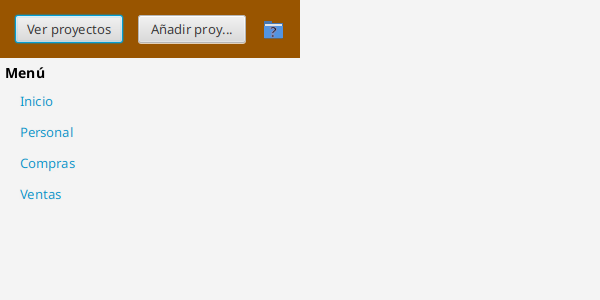
Repository: anxoportela/PROG
Program's window: java Java_Interfaz/ProyectoJavaFX/src/com/acarballeira/javaFX/ejemplo8/App.java
The author's editor kept a copy of each file at every save. The program's window is drawn from the files as they stood at one save, then again after a run of saves.
It runs on Java 21 on a 1366 x 768 screen with JavaFX 11; the title bar is not drawn. It also reads Java_Interfaz/ProyectoJavaFX/src/com/acarballeira/javaFX/recursos/icona_cartafol.

Above is the program's window before, as saved 2020-03-05 20:34:31.

After the next 2 saves:
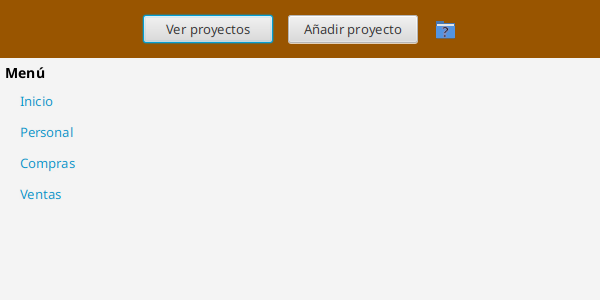
The 2 saves are shown as one change because 1 did not build or start.
The last was saved 4 min 7 s later.
--- a/Java_Interfaz/ProyectoJavaFX/src/com/acarballeira/javaFX/ejemplo8/App.java
+++ b/Java_Interfaz/ProyectoJavaFX/src/com/acarballeira/javaFX/ejemplo8/App.java
@@ -11,6 +11,7 @@
 import javafx.scene.image.Image;
 import javafx.scene.image.ImageView;
 import javafx.scene.layout.BorderPane;
+import javafx.scene.layout.GridPane;
 import javafx.scene.layout.HBox;
 import javafx.scene.layout.Pane;
 import javafx.scene.layout.StackPane;
@@ -31,13 +32,14 @@
 		HBox hbox = (HBox) crearHbox();
 		VBox vbox = (VBox) crearVbox();
 		StackPane sp = (StackPane) crearStackPane();
+		//GridPane gp = (GridPane) crearStackPane();
 
 		bp.setTop(hbox);
 		bp.setLeft(vbox);
 		hbox.setAlignment(Pos.CENTER);
 		hbox.getChildren().add(sp);
 
-		Scene primaryScene = new Scene(bp, 300, 300, Color.AQUA);
+		Scene primaryScene = new Scene(bp, 600, 300, Color.AQUA);
 		primaryStage.setScene(primaryScene);
 		primaryStage.show();
 
